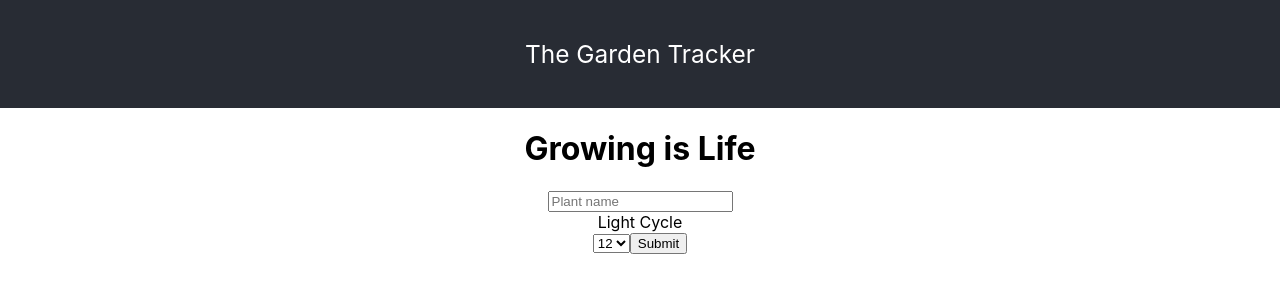
Repository: charliejp0311/gardentracker
Page: /harvest
The author's editor kept a copy of each file at every save. The page is drawn from the files as they stood at one save, then again after the next save.
The browser window is 1280 px wide. The pictures show the whole page.
The project was rebuilt for these pictures with package versions that can differ from the ones it lists, and the page was loaded fresh each time.

Above is the page before, as saved 2020-10-27 17:14:59.

### public/index.html
<!DOCTYPE html>
<html lang="en">
  <head>
    <meta charset="utf-8" />
    <link rel="icon" href="%PUBLIC_URL%/sun-svgrepo-com.svg" />
    <meta name="viewport" content="width=device-width, initial-scale=1" />
    <meta name="theme-color" content="#000000" />
    <meta
      name="description"
      content="Web site created using create-react-app"
    />
    <link rel="apple-touch-icon" href="%PUBLIC_URL%/logo192.png" />
    <!--
      manifest.json provides metadata used when your web app is installed on a
      user's mobile device or desktop. See https://developers.google.com/web/fundamentals/web-app-manifest/
    -->
    <link rel="manifest" href="%PUBLIC_URL%/manifest.json" />
    <!--
      Notice the use of %PUBLIC_URL% in the tags above.
      It will be replaced with the URL of the `public` folder during the build.
      Only files inside the `public` folder can be referenced from the HTML.

      Unlike "/favicon.ico" or "favicon.ico", "%PUBLIC_URL%/favicon.ico" will
      work correctly both with client-side routing and a non-root public URL.
      Learn how to configure a non-root public URL by running `npm run build`.
    -->
    <title>Track Your Garden</title>
  </head>
  <body>
    <noscript>You need to enable JavaScript to run this app.</noscript>
    <div id="root"></div>
    <!--
      This HTML file is a template.
      If you open it directly in the browser, you will see an empty page.

      You can add webfonts, meta tags, or analytics to this file.
      The build step will place the bundled scripts into the <body> tag.

      To begin the development, run `npm start` or `yarn start`.
      To create a production bundle, use `npm run build` or `yarn build`.
    -->
  </body>
</html>

### src/index.js
import React from 'react';
import ReactDOM from 'react-dom';
import './index.css';
import App from './App';
import reportWebVitals from './reportWebVitals';
import reducer from './reducers/index'
import { Provider } from  'react-redux';
import { applyMiddleware, createStore } from 'redux';
import thunk from 'redux-thunk';

let store = createStore(reducer,applyMiddleware(thunk))

ReactDOM.render(
  <Provider store={store}>
    <App />
  </Provider>,
  document.getElementById('root')
);

// If you want to start measuring performance in your app, pass a function
// to log results (for example: reportWebVitals(console.log))
// or send to an analytics endpoint. Learn more: https://bit.ly/CRA-vitals
reportWebVitals();

### src/App.js
import './App.css';
import CreateGarden from './components/CreateGarden'

function App() {
  return (
    <div className="App">
      <header className="App-header">
        The Garden Tracker
      </header>
        <CreateGarden />
    </div>
  );
}

export default App;

### src/reducers/index.js
import { combineReducers } from 'redux';
import garden from './GardenReducer'

export default combineReducers({
    garden
})

### src/components/CreateGarden.js
import React, {Component} from 'react';
import { connect } from 'react-redux';
import Garden from './Garden';


class CreateGarden extends Component{

    state = {
        plants: [],
        notes: [],
        bugs: []
    }

    render(){
        return(
            <div>
                <Garden
                plants={this.state.plants}
                notes={this.state.notes}
                bugs={this.state.bugs} />
            </div>
        )
    };
};



export default connect()(CreateGarden);

### src/reducers/GardenReducer.js
export default function garden (state = {
    plants: []
},action){
    switch (action.type) {
        case 'ADD_GARDEN':

            break;
        case 'REMOVE_GARDEN':

            break;

        default:
            return state;
    }
};

### src/components/Garden.js
import React, {Component} from 'react';
import CreatePlant from './CreatePlant';
import Plant from './Plant';
import {connect} from 'react-redux';


class Garden extends Component{
    state = {
        plants: []
    }

    render(){
        let allPlants = this.state.plants.map(plant=>{return(
            <Plant key={plant.id} plant={plant} />
        )})
        return(
            <div className='garden-container' >
                <h1>Growing is Life</h1>
                <CreatePlant />
                {allPlants}
            </div>
        )
    }
}
const mapStateToProps=state=>{
    return{
        plants: state.plants,
        notes: state.notes,
        bugs: state.bugs
    }
}

export default connect(mapStateToProps)(Garden);

### src/components/CreatePlant.js
import React from 'react';

export default function CreatePlant(props){
    return(
        <form onSubmit={props.handleSubmit}>
            <input type='text' onChange={props.handleChange} value={props.state} placeholder='Plant name'/><br/>
            <label>Light Cycle</label><br/>
            <select>
                <option value='12'>12</option>
                <option value='18'>18</option>
                <option value='24'>24</option>
            </select>
            <input type='submit'/>
        </form>
    )
}

Loaded but not shown: src/index.css (common file); src/reportWebVitals.js (common file); src/App.css (common file); src/components/Plant.js (no stored copy; drawn as an empty file)

After the next save:
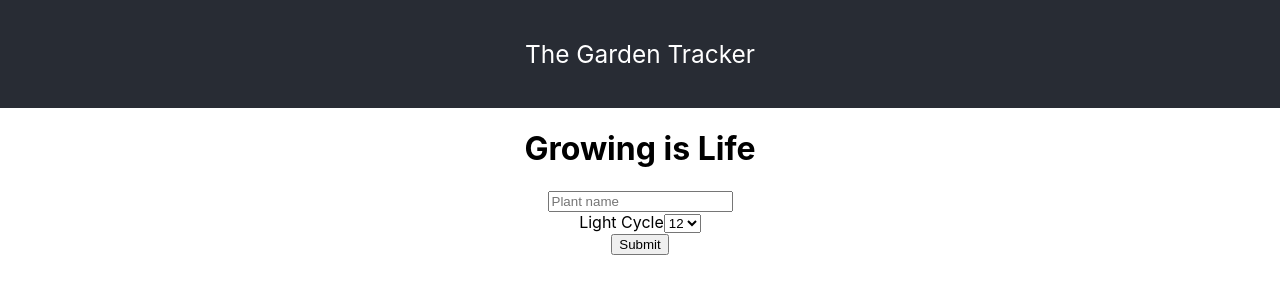
Saved 18 s later.
--- a/src/components/CreatePlant.js
+++ b/src/components/CreatePlant.js
@@ -4,12 +4,12 @@ export default function CreatePlant(props){
     return(
         <form onSubmit={props.handleSubmit}>
             <input type='text' onChange={props.handleChange} value={props.state} placeholder='Plant name'/><br/>
-            <label>Light Cycle</label><br/>
+            <label>Light Cycle</label>
             <select>
                 <option value='12'>12</option>
                 <option value='18'>18</option>
                 <option value='24'>24</option>
-            </select>
+            </select><br/>
             <input type='submit'/>
         </form>
     )
